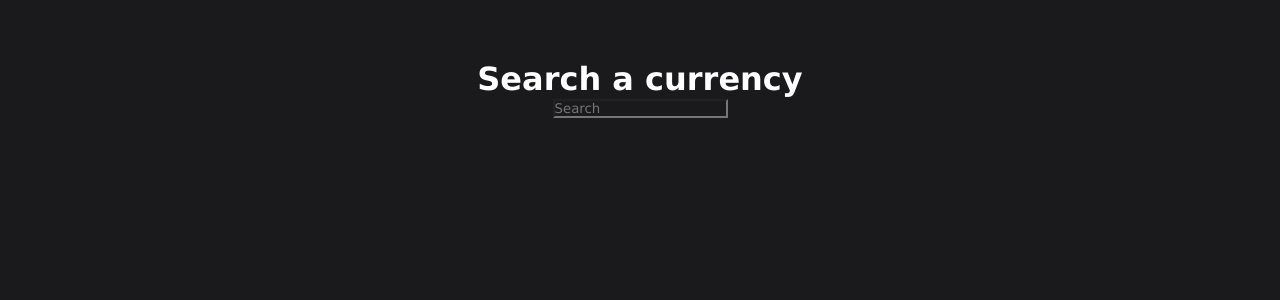
Repository: adder206/react-api-crypto-tracker
Page: /
The author's editor kept a copy of each file at every save. The page is drawn from the files as they stood at one save, then again after the next save.
The browser window is 1280 px wide. The pictures show the whole page.
The page's requests for data from a server got no answer. The project was rebuilt for these pictures with package versions that can differ from the ones it lists, and the page was loaded fresh each time. No one was signed in, and anything a server would have sent is missing. Also part of the build but not shown: src/Coin.js, src/Coin.css.

Above is the page before, as saved 2021-03-12 10:50:53.

After the next save:
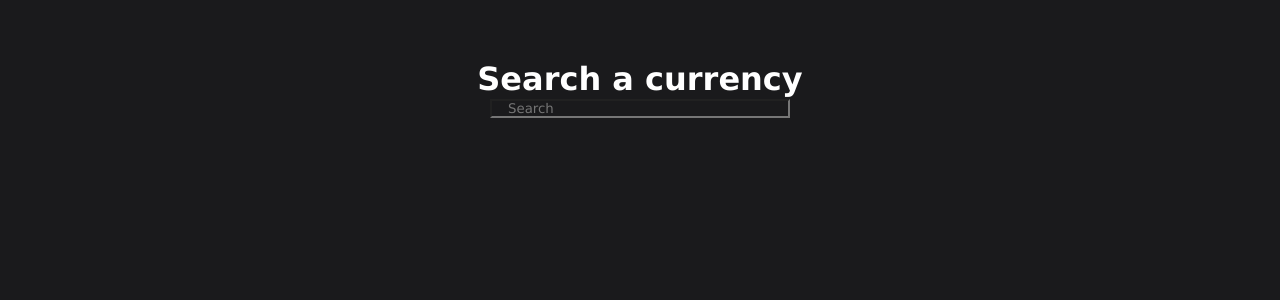
Saved 89 s later.
--- a/src/App.css
+++ b/src/App.css
@@ -22,3 +22,8 @@
   justify-content: center;
   align-items: center;
 }
+
+.coin-input {
+  padding-left: 16px;
+  width: 300px
+}
